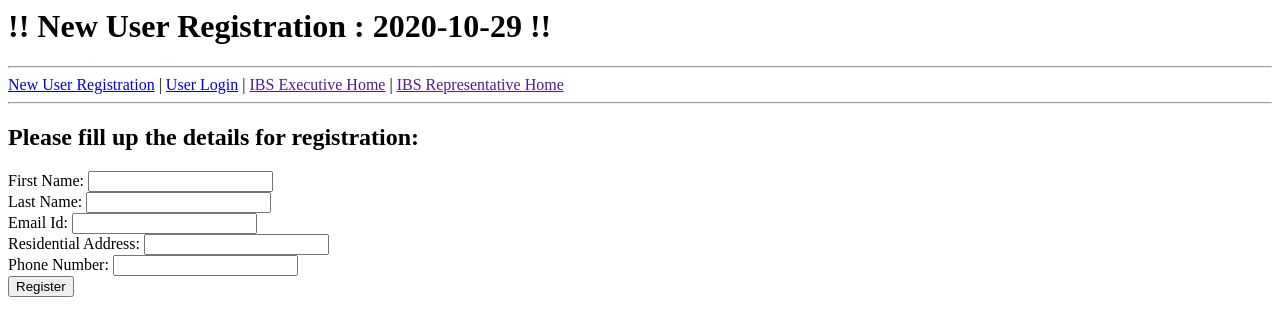
Repository: anik84/ibs
Page: http://localhost/IBS/user_login.jsp
The author's editor kept a copy of each file at every save. The page is drawn from the files as they stood at one save, then again after the next save.
The browser window is 1280 px wide. The pictures show the whole page.
The page is served by Tomcat 9.

Above is the page before, as saved 2020-10-29 05:12:24.

After the next save:
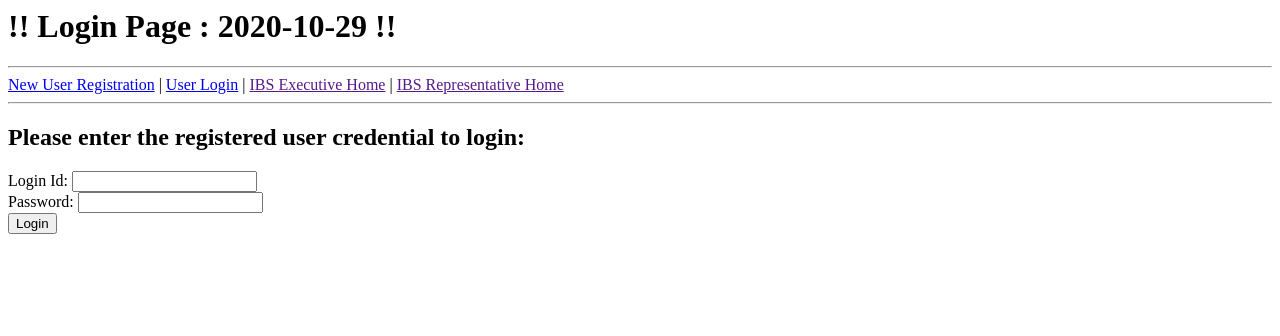
Saved 110 s later.
--- a/IBS_JSPs/IBS/WebContent/user_login.jsp
+++ b/IBS_JSPs/IBS/WebContent/user_login.jsp
@@ -1,36 +1,24 @@
 <%@page import="java.time.LocalDate"%>
 <html>
 	<head>
-		<title>new user registration</title>
+		<title>login page</title>
 	</head>
 	<body>
-		<h1>!! New User Registration : <%=LocalDate.now() %> !!</h1>
+		<h1>!! Login Page : <%=LocalDate.now() %> !!</h1>
 		<jsp:include page="user_menu.jsp"/>
 
-		<h2>Please fill up the details for registration:</h2>
+		<h2>Please enter the registered user credential to login:</h2>
 		<form action="newuser" method="POST" >
 			<div>
-				<label>First Name: </label>
+				<label>Login Id: </label>
 				<input type="text" name="firstName" required />
 			</div>
 			<div>
-				<label>Last Name: </label>
+				<label>Password: </label>
 				<input type="text" name="lastName" required />
 			</div>
 			<div>
-				<label>Email Id: </label>
-				<input type="text" name="emailId" required />
-			</div>
-			<div>
-				<label>Residential Address: </label>
-				<input type="text" name="address" required />
-			</div>
-			<div>
-				<label>Phone Number: </label>
-				<input type="number" name="phoneNumber" required />
-			</div>
-			<div>
-				<button>Register</button>
+				<button>Login</button>
 			</div>
 		</form>
 	</body>
